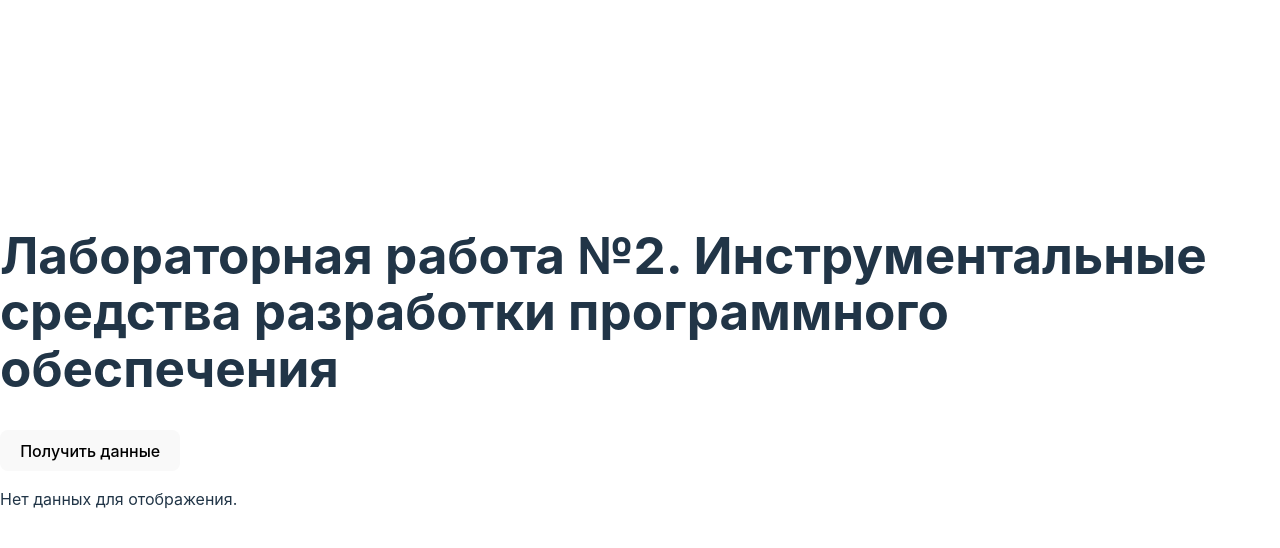
Repository: zuul0/laba_react
Page: / (app in client/)
The author's editor kept a copy of each file at every save. The page is drawn from the files as they stood at one save, then again after the next save.
The browser window is 1280 px wide. The pictures show the whole page.
The page's requests for data from a server got no answer. The project was rebuilt for these pictures with package versions that can differ from the ones it lists, and the page was loaded fresh each time. No one was signed in, and anything a server would have sent is missing. Also part of the build but not shown: client/vite.config.js.

Above is the page before, as saved 2024-10-07 16:29:35.

### client/src/App.jsx
import { Crud } from "./component/CRUD.jsx";
import { Headerqwe } from "./component/Header.jsx";

const App = () => {
  return (
    <div>
      <Headerqwe />
      <Crud/>
    </div>
  );
};
export default App

### client/src/component/CRUD.jsx
import React from "react";
import { getAll } from "../api/books";
export const Crud = () => {
    const [patients  , setPatients] = React.useState([]);
    React.useEffect(() => {
        getAll().then((data) => {
            setPatients(data);

        })
     },
[])
}

### client/src/component/Header.jsx
import React, { useState } from 'react';
import { getAll } from '../api/books';

export const Headerqwe = () => {
    const [patients, setPatients] = useState([]);
    const [loading, setLoading] = useState(false);

    const fetchData = async () => {
        setLoading(true);
        try {
            const data = await getAll();
            console.log("Полученные данные:", data);

            if (!Array.isArray(data)) {
                console.error("Expected an array but got:", data);
                setPatients([]); // Clear data if it's not an array
            } else {
                setPatients(data); // Set data if it's an array
            }
        } catch (error) {
            console.error("Ошибка при получении данных:", error);
            setPatients([]); // Clear data on error
        } finally {
            setLoading(false);
        }
    };

    return (
        <div>
            <h1>Лабораторная работа №2. Инструментальные средства разработки программного обеспечения</h1>
            <button onClick={fetchData}>Получить данные</button>
            {loading && <p>Загрузка...</p>}
            {!loading && patients.length === 0 && <p>Нет данных для отображения.</p>}
            {patients.length > 0 && (
                <table>
                    <thead>
                        <tr>
                            <th>№</th>
                            <th>Фамилия</th>
                            <th>Имя</th>
                            <th>Отчество</th>
                            <th>Дата рождения</th>
                            <th>Пол</th>
                            <th>Контактная информация</th>
                            <th>Адрес</th>
                            <th>Действия</th>
                        </tr>
                    </thead>
                    <tbody>
                        {patients.map((patient, index) => (
                            <tr key={patient.PatientId || index}>
                                <td>{index + 1}</td>
                                <td>{patient.SurNamee}</td>
                                <td>{patient.Namee}</td>
                                <td>{patient.Patronymic}</td>
                                <td>{patient.DateOfBirth ? new Date(patient.DateOfBirth).toLocaleDateString() : 'Не указано'}</td>
                                <td>{patient.Gender}</td>
                                <td>{patient.ContactInfo}</td>
                                <td>{patient.Addresse}</td>
                                <td>
                                    <button>Изменить</button>
                                    <button>Удалить</button>
                                </td>
                            </tr>
                        ))}
                    </tbody>
                </table>
            )}
        </div>
    );
};

### client/src/api/books.js
import axios from 'axios';

const $host = axios.create({
    baseURL: import.meta.env.VITE_API_URL,
});

export const getAll = async () => {
    try {
        const { data } = await $host.get('/api/Hom/getPatients');
        return data; // Предполагаем, что `data` должен быть массивом
    } catch (error) {
        console.error("Ошибка при получении данных:", error);
        return []; // Возвращаем пустой массив при ошибке
    }
};

export { $host };

Loaded but not shown: client/index.html (common file); client/src/main.jsx (common file); client/src/index.css (common file)

After the next save:
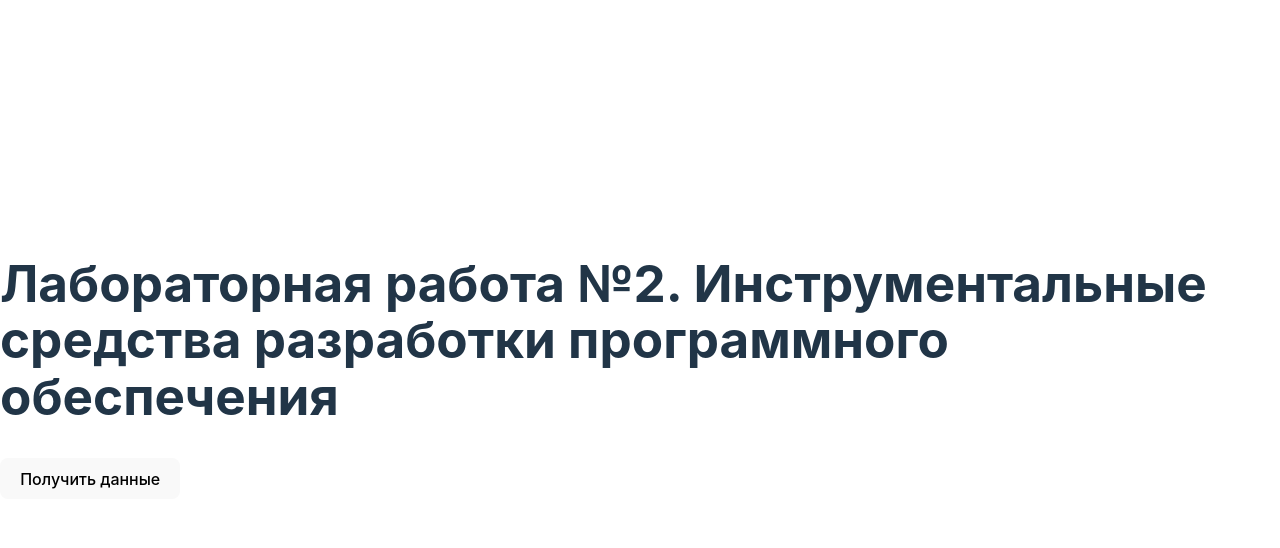
Saved 11 s later.
--- a/client/src/component/Header.jsx
+++ b/client/src/component/Header.jsx
@@ -30,7 +30,7 @@ export const Headerqwe = () => {
             <h1>Лабораторная работа №2. Инструментальные средства разработки программного обеспечения</h1>
             <button onClick={fetchData}>Получить данные</button>
             {loading && <p>Загрузка...</p>}
-            {!loading && patients.length === 0 && <p>Нет данных для отображения.</p>}
+
             {patients.length > 0 && (
                 <table>
                     <thead>
